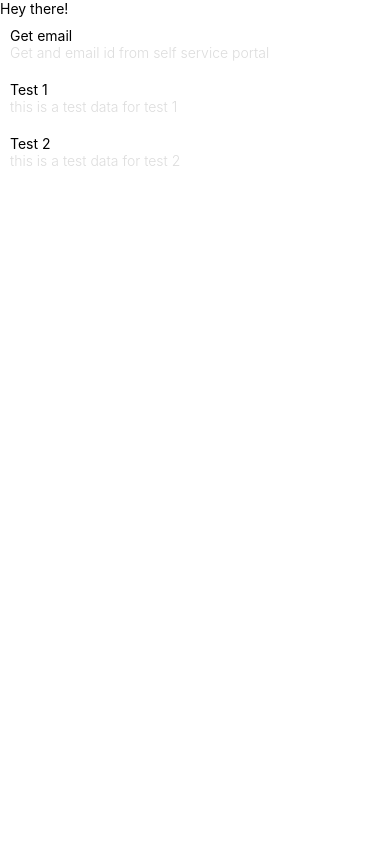
Repository: sadarsh216/Todo-App
Page: /
An editor plug-in stored every save of this project. The page is shown before and after the next save, followed by the edit.
The browser window is 390 px wide. The pictures show the whole page.
The app was drawn by React Native's web renderer in a window 390 px wide. The project was rebuilt for these pictures with package versions that can differ from the ones it lists, and the page was loaded fresh each time.

Above is the page before, as saved 2021-10-09 12:47:57.

### App.tsx
import { StatusBar } from "expo-status-bar";
import React from "react";
import { SafeAreaView, StyleSheet, Text, View } from "react-native";
import Todos from "./Pages/Todos";

export default function App() {
  return (
    <SafeAreaView>
      <Text>Hey there!</Text>
      <Todos />
    </SafeAreaView>
  );
}

const styles = StyleSheet.create({
  container: {
    flex: 1,
    backgroundColor: "#fff",
    alignItems: "center",
    justifyContent: "center",
  },
});

### Pages/Todos.tsx
import React from "react";
import { View, Text, StyleSheet } from "react-native";

export default function Todos() {
  const [todos, setTodos] = React.useState([
    {
      title: "Get email",
      description: "Get and email id from self service portal",
      id: 0,
    },
    { title: "Test 1", description: "this is a test data for test 1", id: 1 },
    { title: "Test 2", description: "this is a test data for test 2", id: 2 },
  ]);
  return (
    <>
      {todos.map((item, key) => (
        <View key={item.id} style={styles.card}>
          <Text style={styles.title}>{item.title}</Text>
          <Text style={styles.desc}>{item.description}</Text>
        </View>
      ))}
    </>
  );
}

const styles = StyleSheet.create({
  card: {
    margin: 10,
    borderRadius: 6,
    elevation: 4,
  },
  title: {
    fontWeight: "400",
    color: "#000",
  },
  desc: {
    fontWeight: "300",
    color: "#ddd",
  },
});

After the next save:
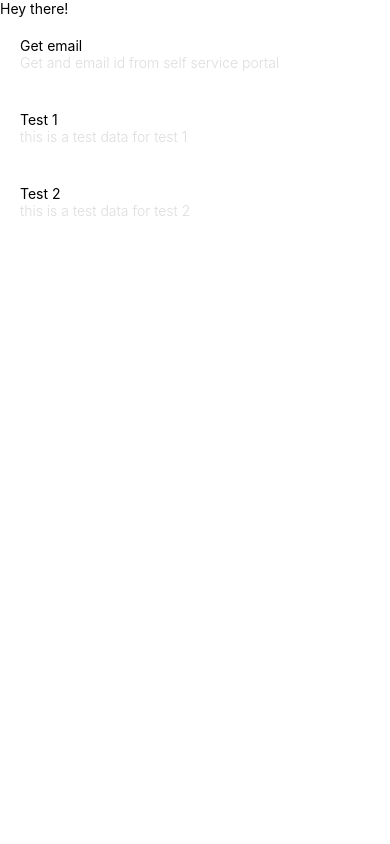
Saved 11 s later.
--- a/Pages/Todos.tsx
+++ b/Pages/Todos.tsx
@@ -28,6 +28,7 @@ const styles = StyleSheet.create({
     margin: 10,
     borderRadius: 6,
     elevation: 4,
+    padding: 10,
   },
   title: {
     fontWeight: "400",
